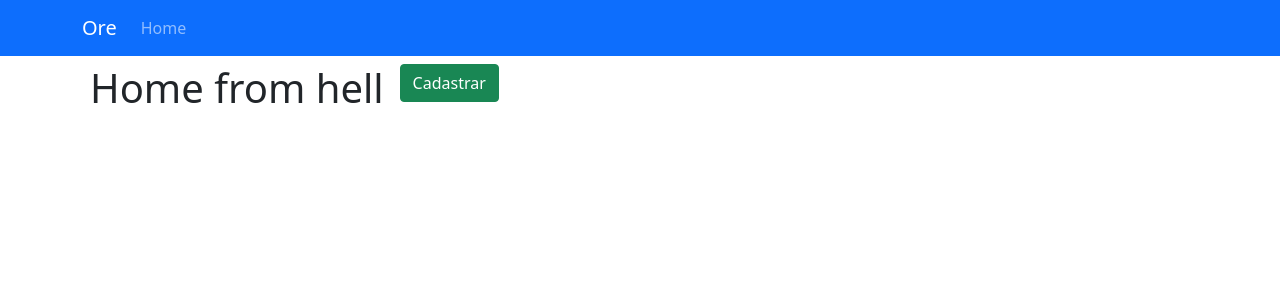
Repository: thf4/React-Front
Page: /
The author's editor kept a copy of each file at every save. The page is drawn from the files as they stood at one save, then again after the next save.
The browser window is 1280 px wide. The pictures show the whole page.
The project was rebuilt for these pictures with package versions that can differ from the ones it lists, and the page was loaded fresh each time. Also part of the build but not shown: src/pages/Vizualizar/index.js, src/pages/Cadastrar/index.js, src/pages/Editar/index.js.

Above is the page before, as saved 2021-05-07 09:12:50.

After the next save:
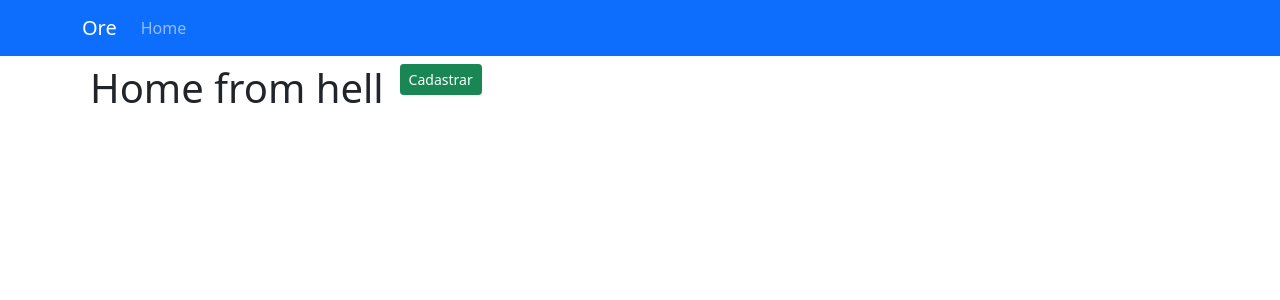
Saved 66 s later.
--- a/src/pages/Home/index.js
+++ b/src/pages/Home/index.js
@@ -9,7 +9,7 @@ export const Home = () => {
             <h1> Home from hell </h1>
           </div>
           <div className="p-2">
-            <a href="/cadastrar" className="btn btn-success">Cadastrar</a>
+            <a href="/cadastrar" className="btn btn-success btn-sm">Cadastrar</a>
           </div>
         </div>
       </Container>
